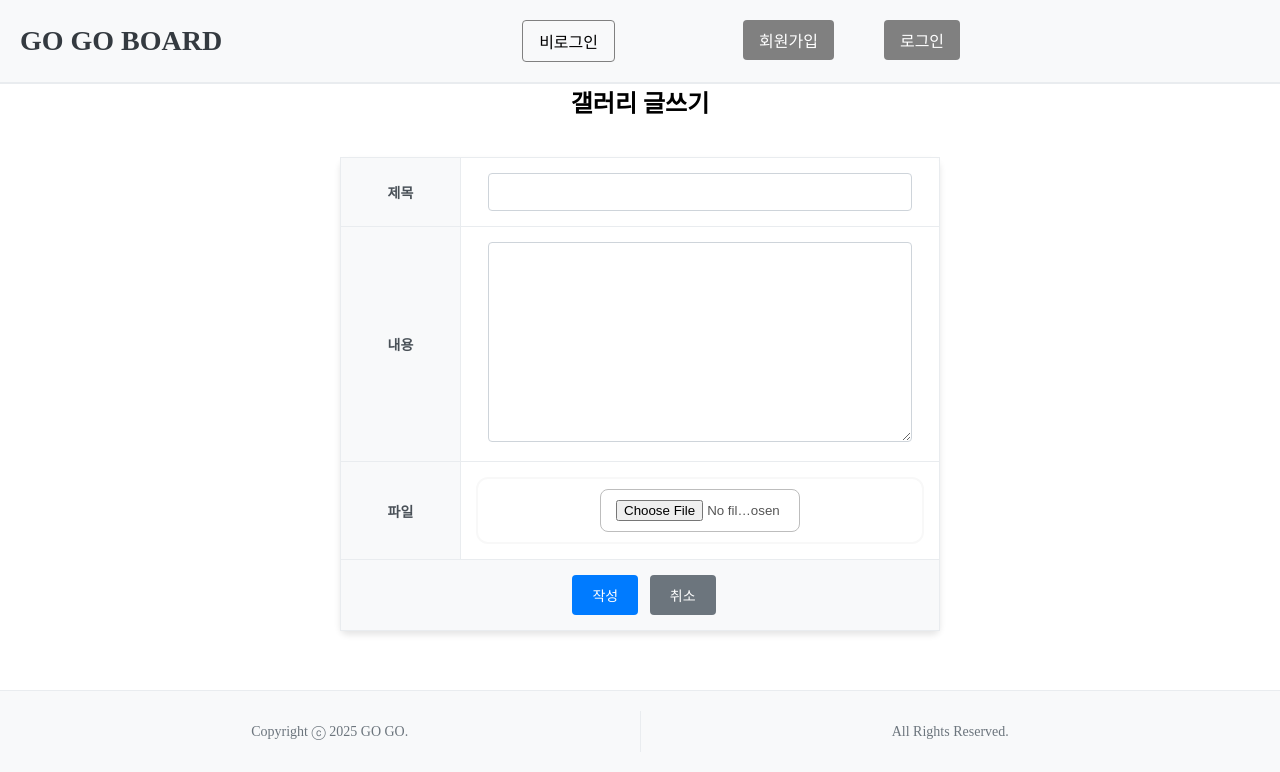
Repository: 1plus1equals3-true/Board-Project
Page: http://localhost/jsp/board/write_gallery.jsp
The author's editor kept a copy of each file at every save. The page is drawn from the files as they stood at one save, then again after the next save.
The browser window is 1280 px wide. The pictures show the whole page.
The page is served by Tomcat 9. Other server files are loaded and not shown.

Above is the page before, as saved 2025-09-23 06:05:24.

### jsp/src/main/webapp/board/write_gallery.jsp
<%@ page language="java" contentType="text/html; charset=UTF-8"
    pageEncoding="UTF-8"%>
<!DOCTYPE html>
<html>
<head>
<meta charset="UTF-8">
<title>쓰기</title>
<style>
*{
	margin: 0 auto;
	padding: 0;
	text-align: center;
	box-sizing: border-box;
}
.write-form table {
    width: 100%;
    border-collapse: collapse;
    font-size: 14px;
    margin: 20px auto;
    max-width: 600px;
    background-color: #fff;
    border: 1px solid #dee2e6;
    border-radius: 8px;
    box-shadow: 0 4px 6px rgba(0, 0, 0, 0.1);
}

.write-form td {
    padding: 15px;
    border: 1px solid #e9ecef;
}

.write-form td:first-child {
    background-color: #f8f9fa;
    font-weight: bold;
    color: #495057;
    text-align: center;
    width: 120px;
}

.write-form input[type="text"],
.write-form textarea {
    width: calc(100% - 24px);
    padding: 10px 12px;
    border: 1px solid #ced4da;
    border-radius: 4px;
    font-size: 14px;
    box-sizing: border-box;
    text-align: left;
}

.write-form textarea {
    height: 200px;
    resize: vertical;
}

.write-form .button-container {
    text-align: right;
}

.write-form input[type="submit"],
.write-form .btn-cancel {
    padding: 10px 20px;
    border: none;
    border-radius: 4px;
    font-size: 14px;
    cursor: pointer;
    transition: background-color 0.3s ease;
    margin-left: 8px;
}

.write-form input[type="submit"] {
    background-color: #007bff;
    color: white;
}

.write-form input[type="submit"]:hover {
    background-color: #0056b3;
}

.write-form .btn-cancel {
    background-color: #6c757d;
    color: white;
}

.write-form .btn-cancel:hover {
    background-color: #5a6268;
}

/* a 태그 안에 button을 넣었을 때 스타일 */
.write-form a {
    text-decoration: none;
}
/* 전체 컨테이너 (div) 스타일 */
.file-container {
  /* 세로 정렬(column) 대신 가로 정렬(row)로 변경 */
  display: flex;
  flex-direction: row;
  align-items: center; /* 세로 중앙 정렬 */
  gap: 15px; /* 요소들 사이의 간격 */

  /* 나머지 디자인 스타일은 그대로 유지 */
  padding: 10px;
  border: 2px solid #F8F8F8;
  border-radius: 12px;
  background-color: white;
}

/* 파일 입력 필드 스타일 */
.file-container input[type="file"] {
  /* 너비가 너무 넓어지지 않도록 조정 */
  width: 100%;
  max-width: 200px; /* 적절한 너비로 조정하세요 */

  font-family: Arial, sans-serif;
  color: #555;
  border: 1px solid #BDBDBD;
  border-radius: 8px;
  padding: 10px 15px;
}

/* 버튼 스타일 */
.file-container button {
  padding: 10px 18px;
  font-family: Arial, sans-serif;
  font-size: 14px;
  color: #555;
  background-color: #E0E0E0;
  border: none;
  border-radius: 8px;
  cursor: pointer;
  transition: background-color 0.3s ease;
  width: fit-content;
}

/* 호버 효과 */
.file-container button:hover {
  background-color: #BDBDBD;
}
</style>
</head>
<body>
<%@ include file="op_top.jsp" %>
<section class="min-height">
<h1>갤러리 글쓰기</h1><br>
<form action="../test/test2.jsp" method="post" enctype="multipart/form-data" class="write-form">
	<table>

		<tr>
			<td>제목</td>
			<td><input type="text" name="writetitle"></td>
		</tr>

		<tr>
			<td>내용</td>
			<td>
				<textarea class="text" name="writetext"></textarea>
			</td>
		</tr>

		<tr>
			<td>파일</td>
			<td>

				<div id="file_container_0" class="file-container">
					<input type="file" name="upfile_0" id="upfile_0" accept=".gif, .jpg, .png">
				</div>

			</td>
		</tr>

		<tr>
			<td colspan="2">
				<input type="submit" value="작성">
				<button type="button" class="btn-cancel" onclick="history.back()">취소</button>
			</td>
		</tr>

	</table>
</form>
</section>
<%@ include file="op_bot.jsp" %>


<script>
document.addEventListener('DOMContentLoaded', () => {
    const fileArea = document.querySelector('.write-form tbody tr:nth-child(3) td:nth-child(2)');
    let fileIndex = 0;

    // 초기 파일 입력 필드에 이벤트 리스너를 즉시 연결
    addEventListenersToFileInput(document.getElementById('upfile_0'));

    // 파일 입력 필드에 이벤트 리스너를 추가하는 함수
    function addEventListenersToFileInput(inputElement) {
        inputElement.addEventListener('change', handleFileChange);
    }

    // 파일 변경 이벤트 핸들러
    function handleFileChange(event) {
        const currentInput = event.target;
        const container = currentInput.closest('.file-container');

        if (!container) return;

        // 기존의 취소 버튼 제거
        const existingCancelButton = container.querySelector('.cancel-button');
        if (existingCancelButton) {
            existingCancelButton.remove();
        }

        if (currentInput.files.length > 0) {
            // 파일이 선택되었을 때만 취소 버튼 생성 및 추가
            addCancelButton(container);

            // 현재 입력 필드가 마지막 필드일 때만 새로운 필드를 추가
            const allInputs = fileArea.querySelectorAll('input[type="file"]');
            const isLastInput = currentInput === allInputs[allInputs.length - 1];

            if (isLastInput) {
                addNewFileInput();
            }
        }
    }

    // 취소 버튼을 생성하고 추가하는 함수
    function addCancelButton(container) {
        const newCancelButton = document.createElement('button');
        newCancelButton.type = 'button';
        newCancelButton.className = 'cancel-button';
        newCancelButton.textContent = '취소';

        newCancelButton.addEventListener('click', () => {
            // 현재 컨테이너(파일 입력 필드와 취소 버튼)만 제거합니다.
            container.remove();

            // 파일 입력 필드가 하나도 없으면 초기 필드 다시 생성
            if (!fileArea.querySelector('.file-container')) {
                fileIndex = 0;
                addNewFileInput(true); // isInitial true로 설정
            }
        });

        container.appendChild(newCancelButton);
    }

    // 새로운 파일 입력 필드를 추가하는 함수
    function addNewFileInput(isInitial = false) {
        if (!isInitial) {
            fileIndex++;
        }

        const newContainer = document.createElement('div');
        newContainer.id = `file_container_\${fileIndex}`;
        newContainer.className = 'file-container';

        const newInput = document.createElement('input');
        newInput.type = 'file';
        newInput.name = `upfile_\${fileIndex}`;
        newInput.id = `upfile_\${fileIndex}`;
        newInput.accept = '.gif, .jpg, .png';

        newContainer.appendChild(newInput);
        fileArea.appendChild(newContainer);

        // 새로운 필드에 이벤트 리스너 연결
        addEventListenersToFileInput(newInput);
    }
});
</script>

</body>
</html>

### jsp/src/main/webapp/board/op_top.jsp
<%@ page language="java" contentType="text/html; charset=UTF-8"
    pageEncoding="UTF-8"%>
<%@ page import="java.sql.*" %>
<%@ page import="lib.DB" %>
<%
String login_id = "";
login_id = (String)session.getAttribute("ss_check");
String login_idx = "";
String login_name = "";
String login_upfile = "";
int login_rank = -1;

if(login_id == null || login_id.equals("") || login_id.equals("null")) {
}else {
	String sqll = null;
	Connection connl =null;
	PreparedStatement psl = null;
	ResultSet rsl = null;

	try {

		connl = DB.getConnection();

		sqll = "SELECT * FROM member WHERE uid=?";
		psl = connl.prepareStatement(sqll);
		psl.setString(1, login_id);

		rsl = psl.executeQuery();
		rsl.next();

		login_idx = rsl.getString("idx");
		login_name = rsl.getString("name");
		login_upfile = rsl.getString("upfile");
		login_rank = rsl.getInt("member_rank");

	}catch (Exception e) {
		out.println(e.toString());
		out.println(sqll);
	}
}

if (login_rank == 0) {
	%> <script type="text/javascript">
		alert("비활성화된 회원입니다.");
		location.replace("../member/Login.jsp")
	</script> <%
	session.removeAttribute("ss_check");
	return;
}

%>

<style>
.min-height {
	min-height: 80vh;
}
*{
	margin: 0 auto;
	padding: 0;
	text-align: center;
	box-sizing: border-box;
}
.board-header {
    background-color: #f8f9fa;
    border-bottom: 2px solid #e9ecef;
    padding: 20px;
    display: flex;
    justify-content: space-between;
    align-items: center;
    width: 100%;
    min-height: 10vh;
    margin: 0 auto;
}

.board-header h1 {
    font-size: 28px;
    color: #343a40;
    margin: 0;
    font-weight: bold;
    text-align: left;
}

.board-header h1 a {
	font-size: 28px;
    color: #343a40;
    margin: 0;
    font-weight: bold;
    text-decoration: none;
}

.board-header nav ul {
    list-style: none;
    padding: 0;
    margin: 0;
    display: flex;
    gap: 50px;
    text-align: right;
}

.board-header nav li a {
    text-decoration: none;
    /*color: #495057;*/
    font-size: 16px;
    font-weight: 500;
    transition: color 0.3s ease;
}

header img {
	width: 40px;
    height: 40px;
    border-radius: 4px;
    border: 1px solid #ced4da;
}

.logout-btn {
    display: inline-block;
    padding: 8px 16px;
    border: none;
    border-radius: 4px;
    background-color: gray;
    color: white;
    cursor: pointer;
    text-decoration: none;
    transition: background-color 0.3s ease;
}
.logout-btn:hover {
    background-color: #dc3545;
}

.mypage-btn {
    display: inline-block;
    padding: 8px 16px;
    border: none;
    border-radius: 4px;
    background-color: gray;
    color: white;
    cursor: pointer;
    text-decoration: none;
    transition: background-color 0.3s ease;
}
.mypage-btn:hover {
    background-color: #007bff;
}

.user-info {
    display: inline-block;
    padding: 8px 16px;
    border: 1px solid gray;
    border-radius: 4px;
    color: black;
    font-size: 16px;
    font-weight: 500;
    transition: background-color 0.3s ease;
}


</style>
<% if(login_id == null || login_id.equals("") || login_id.equals("null")) { %>
<header class="board-header">
    <h1><a href="../board_proc/main_proc.jsp">GO GO BOARD</a></h1>
    <nav>
        <ul>
            <li><span class="user-info">비로그인</span></li>
            <li> &nbsp; &nbsp; &nbsp; &nbsp; </li>
            <li><a href="../member/Join.jsp" class="mypage-btn">회원가입</a></li>
            <li><a href="../member/Login.jsp" class="mypage-btn">로그인</a></li>
        </ul>
    </nav>
</header>
<% }else { %>
<header class="board-header">
    <h1><a href="../board_proc/main_proc.jsp">GO GO BOARD</a></h1>
    <nav>
        <ul>
            <li><span class="user-info">이름 : <%= login_name %></span></li>
            <% if (login_upfile == null || login_upfile.equals("")) { %>
            	<li> &nbsp; &nbsp; &nbsp; &nbsp; </li>
            <% }else { %>
            	<li><img alt="X" src="../member/Download.jsp?uid=<%= login_id %>"></li>
            <% } %>
            <li><a href="../member/View.jsp?uid=<%= login_id %>" class="mypage-btn">마이페이지</a></li>
            <li><a href="../member/Logout.jsp" class="logout-btn">로그아웃</a></li>
        </ul>
    </nav>
</header>
<% } %>

### jsp/src/main/webapp/board/op_bot.jsp
<%@ page language="java" contentType="text/html; charset=UTF-8"
    pageEncoding="UTF-8"%>
<style>
.board-footer {
    background-color: #f8f9fa;
    border-top: 1px solid #e9ecef;
    padding: 20px;
    margin-top: 30px;
    display: flex;
    justify-content: space-around;
    align-items: flex-start;
    width: 100%;
    min-height: 10vh;
    margin-left: auto;
    margin-right: auto;
}

.board-footer > div {
    flex: 1;
    padding: 10px;
    text-align: center;
    color: #6c757d;
    font-size: 14px;
    line-height: 1.5;
}

.board-footer > div:not(:last-child) {
    border-right: 1px solid #e9ecef;
}
</style>
<footer class="board-footer">
    <div>Copyright ⓒ 2025 GO GO.</div>
    <div>All Rights Reserved.</div>
</footer>

After the next save:
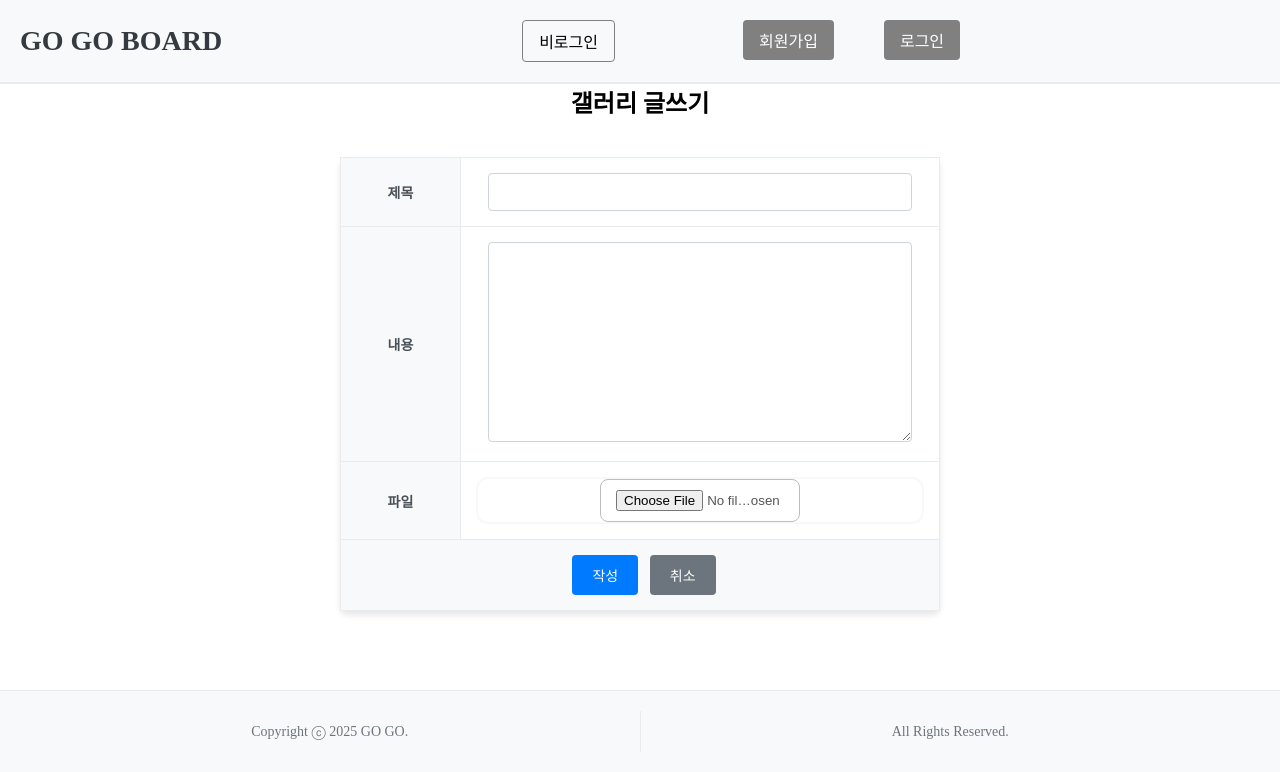
Saved 18 s later.
--- a/jsp/src/main/webapp/board/write_gallery.jsp
+++ b/jsp/src/main/webapp/board/write_gallery.jsp
@@ -99,7 +99,7 @@
   gap: 15px; /* 요소들 사이의 간격 */
 
   /* 나머지 디자인 스타일은 그대로 유지 */
-  padding: 10px;
+  padding: 0px;
   border: 2px solid #F8F8F8;
   border-radius: 12px;
   background-color: white;

After the save that followed:
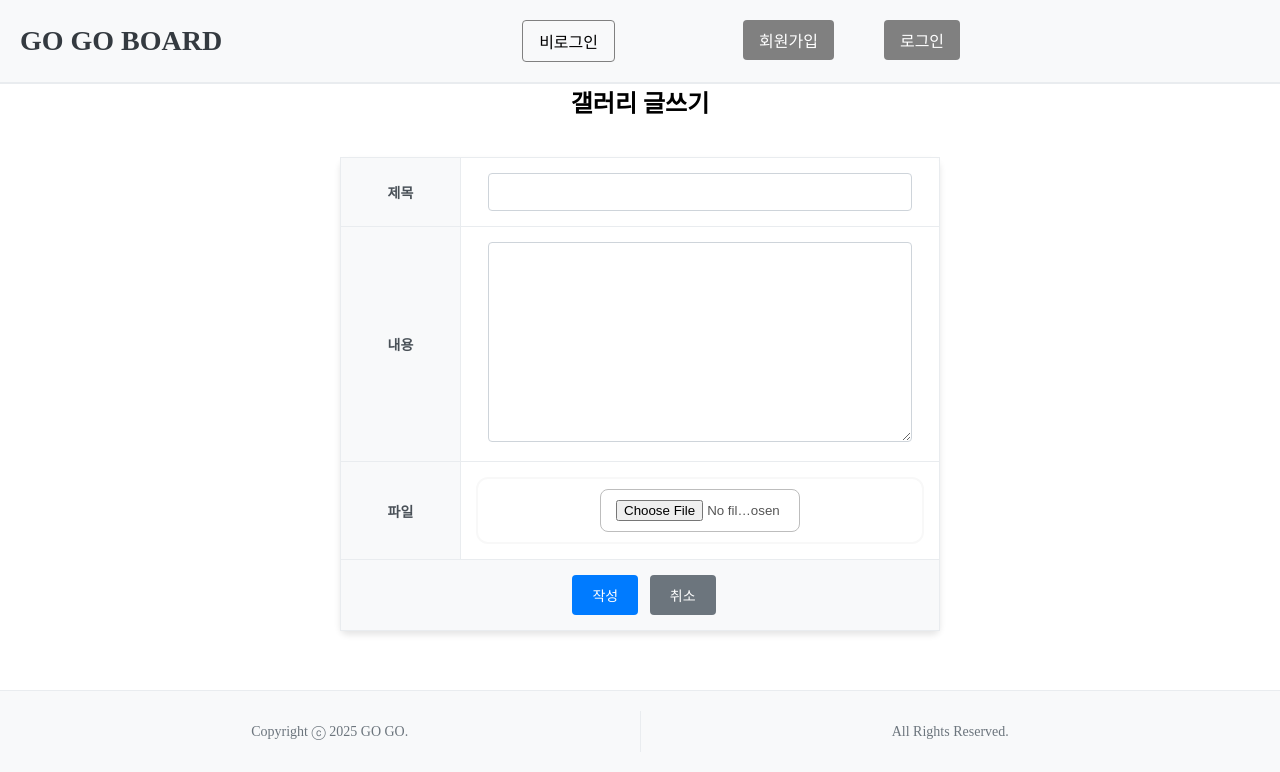
Saved 5 s later.
--- a/jsp/src/main/webapp/board/write_gallery.jsp
+++ b/jsp/src/main/webapp/board/write_gallery.jsp
@@ -99,7 +99,7 @@
   gap: 15px; /* 요소들 사이의 간격 */
 
   /* 나머지 디자인 스타일은 그대로 유지 */
-  padding: 0px;
+  padding: 10px;
   border: 2px solid #F8F8F8;
   border-radius: 12px;
   background-color: white;
